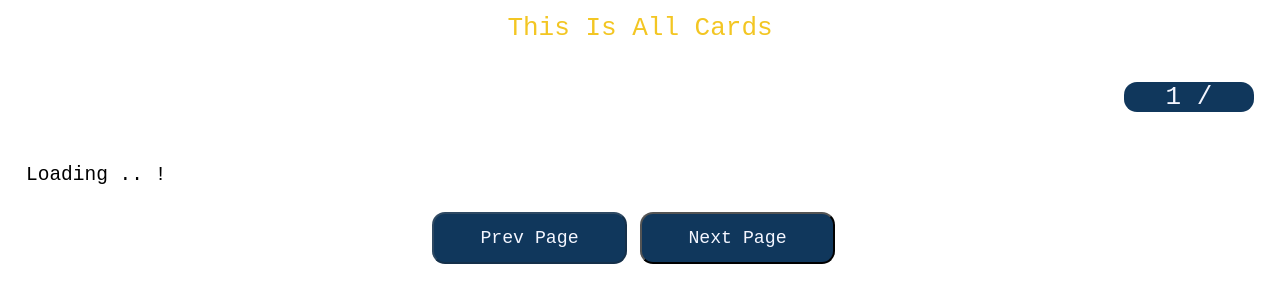
Repository: rehamtaher10/reactQueryTask
Page: /
These files come from the project's save history. The page is drawn as it stood at one moment and after the next save; the edit follows.
The browser window is 1280 px wide. The pictures show the whole page.
The page's requests for data from a server got no answer. The project was rebuilt for these pictures with package versions that can differ from the ones it lists, and the page was loaded fresh each time. No one was signed in, and anything a server would have sent is missing. Also part of the build but not shown: vite.config.js.

Above is the page before, as saved 2024-12-07 20:30:02.

### src/main.jsx
import { StrictMode } from "react";
import { createRoot } from "react-dom/client";
import "./style/app.css";
import App from "./App.jsx";
import {
  QueryClient,
  QueryClientProvider,
  useQuery,
} from "@tanstack/react-query";

const queryClient = new QueryClient();

createRoot(document.getElementById("root")).render(
  <StrictMode>
    <QueryClientProvider client={queryClient}>
      <App />
    </QueryClientProvider>
  </StrictMode>
);

### src/style/app.css
*{
    padding: 0;
    margin: 0;
    box-sizing: border-box;
    font-family: monospace;
    font-weight: 400;
}
.productContainer{
    padding: 2em;
    display: flex;
    flex-wrap: wrap;
    gap: 2em;
}
.post{
    width: calc((100% - 4em) / 3);
    background: #f2f2f2;
    border: 1px solid rgba(0, 0, 0, .2);
}
.post img{
    width: 100%;
    height: 350px;
    object-fit: cover;
    display: block;
    margin-left: auto;
    margin-right: auto;
}
.post h2{
    padding-inline: 1em;
    padding-block: 1.5em;
    font-size: 1.3rem;
    color:#10375C;
}
.post p{
    width: fit-content;
    padding-inline: 1em;
    margin-block: .5rem;
    background-color: #EB8317;
    color: #F4F6FF;
    font-size: 1.3rem;
    font-weight: bold;
}
h1{
    color: #F3C623;
    text-align: center;
    padding-block: 1rem;
    font-family: monospace;
    font-size: 2rem;
}
.pagination{
    padding: 2em;
    direction: rtl;
}
.pagination p{
    background-color:#10375C ;
    color: #F4F6FF;
    font-size: 2rem;
    width: 10rem;
    text-align: center;
    border-radius: 1rem;
    direction: ltr;
}
.buttons{
    display: flex;
    align-items: center;
    justify-content: center;
    margin-bottom: 4rem;

}
.buttons button{
    background-color:#10375C ;
    color: #F4F6FF;
    direction: ltr;
    margin-right: 1rem;
    width: 15rem;
    height: 4rem;
    font-size: 1.4rem;
    border-radius: 1rem;
}

### src/App.jsx
import { useQuery } from "@tanstack/react-query";
import React, { useState } from "react";
function App() {
  const [page, setPage] = useState(0);
  const limit = 9;

  const productsFetch = async (page = 0) => {
    const res = await fetch(
      `https://dummyjson.com/products?limit=${limit}&skip=${page * limit}`
    );
    const productRes = await res.json();
    return productRes;
  };

  const { data, isLoading } = useQuery({
    queryKey: ["products", page],
    queryFn: () => productsFetch(page),
  });

  return (
    <>
      <h1>This Is All Cards</h1>

      <div className="pagination">
        <p>{page + 1} / {data?.total && Math.ceil(data?.total / limit)}</p>
      </div>
      <div className="productContainer">
        {isLoading ? (
          <h2>Loading .. !</h2>
        ) : (
          data?.products.map((ele) => (
            <div class="post" key={ele.id}>
              <div>
                <img src={ele.images?.[0]} />
              </div>
              <h2>${ele.title} </h2>
              <p>${ele.price} $</p>
            </div>
          ))
        )}
      </div>
      <div className="buttons">
        <button disabled={page == 0} >Prev Page</button>
        <button disabled={data?.products?.length < limit}>Next Page</button>

      </div>
    </>
  );
}

export default App;

Loaded but not shown: index.html (common file)

After the next save:
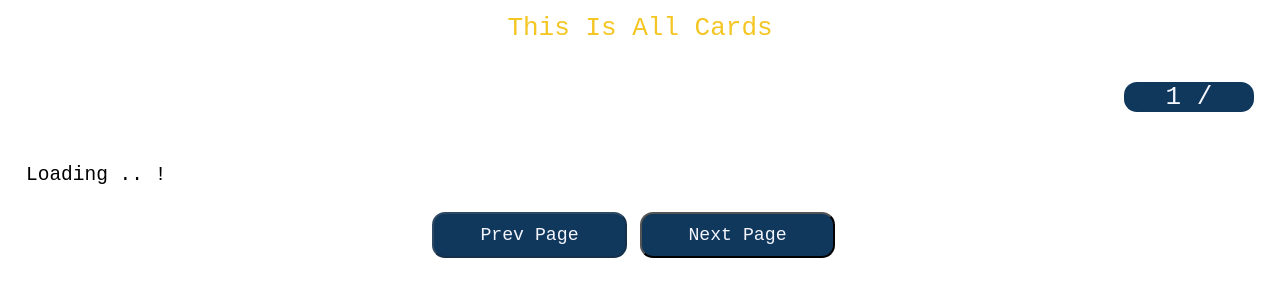
Saved 37 s later.
--- a/src/style/app.css
+++ b/src/style/app.css
@@ -72,7 +72,7 @@ h1{
     direction: ltr;
     margin-right: 1rem;
     width: 15rem;
-    height: 4rem;
+    height: 3.5rem;
     font-size: 1.4rem;
     border-radius: 1rem;
 }
